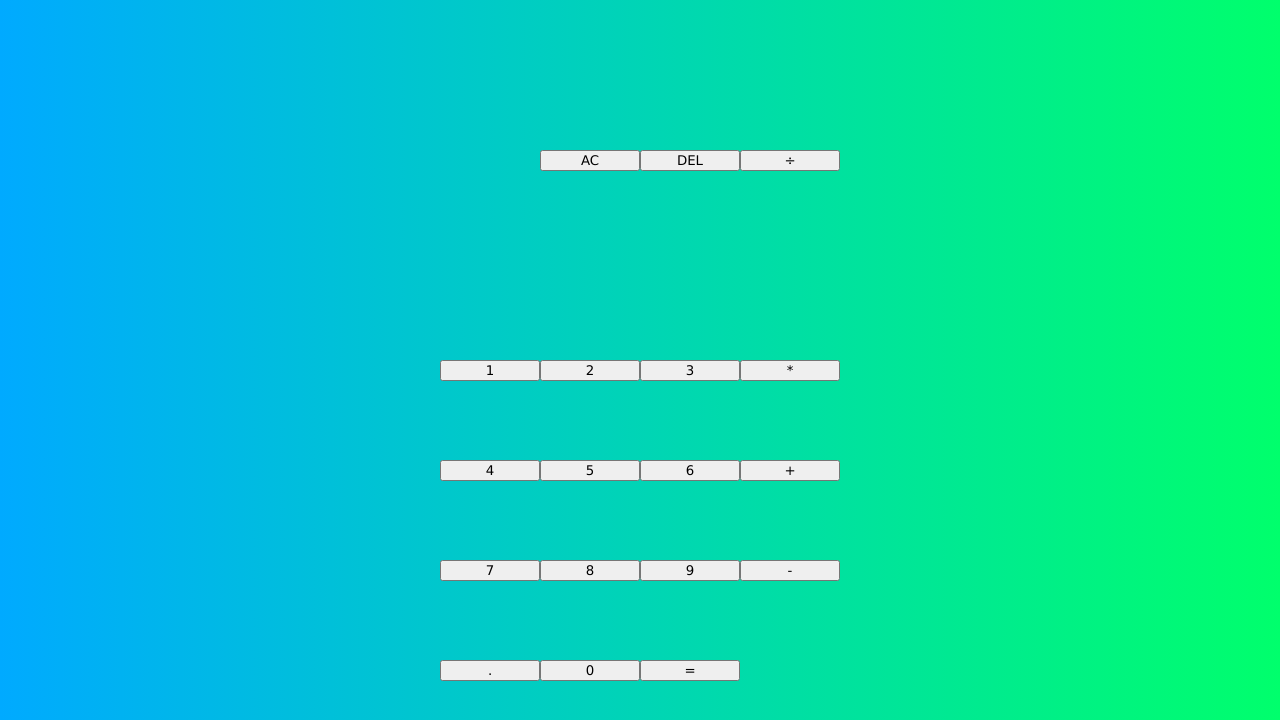
Repository: devkthines/js-calculator
Page: index.html
An editor plug-in stored every save of this project. The page is shown before and after the next save, followed by the edit.
The browser window is 1280 px wide. The pictures show the whole page.

Above is the page before, as saved 2023-12-18 21:48:52.

After the next save:
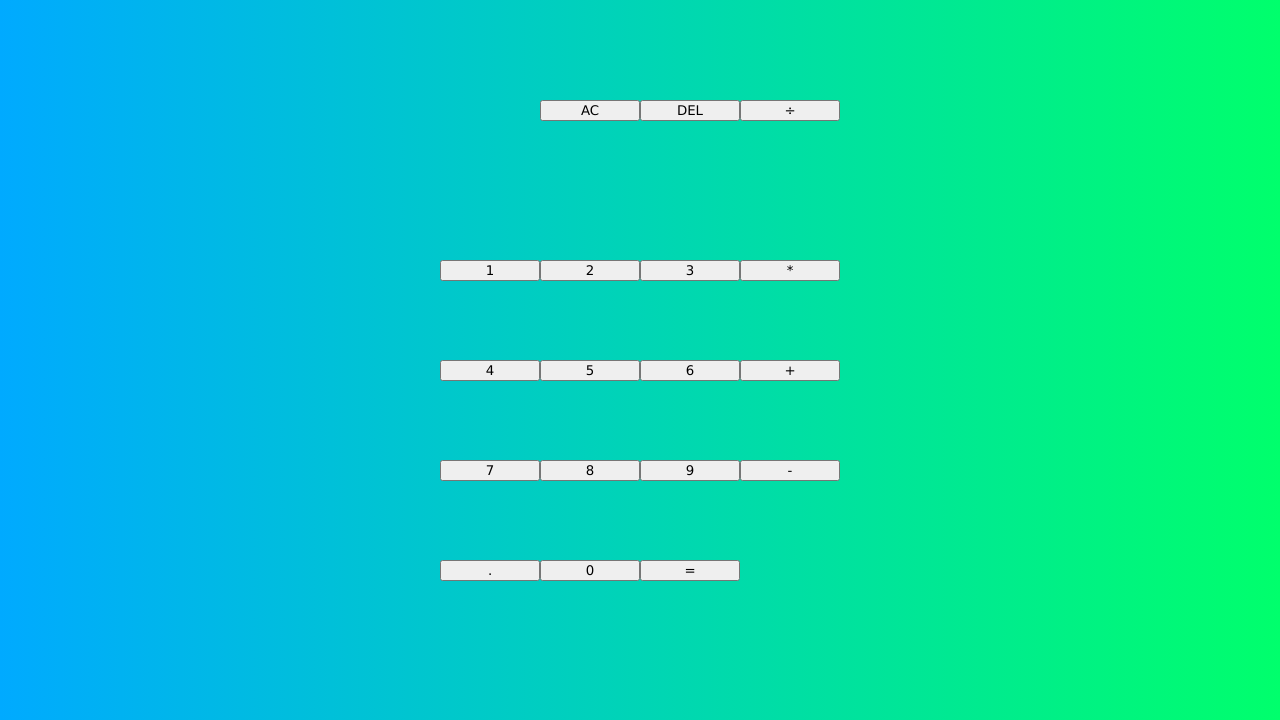
Saved 9 s later.
--- a/styles.css
+++ b/styles.css
@@ -19,6 +19,7 @@ body{
     /* Stating for the calculator to take up space on screen vertically at all times */
     min-height: 100vh;
     grid-template-columns: repeat(4,100px);
-    grid-template-rows: minmax(120px, auto)repeat(4,100px);
+
+    grid-template-rows: minmax(120px, auto)repeat(5,100px);
 
 }
